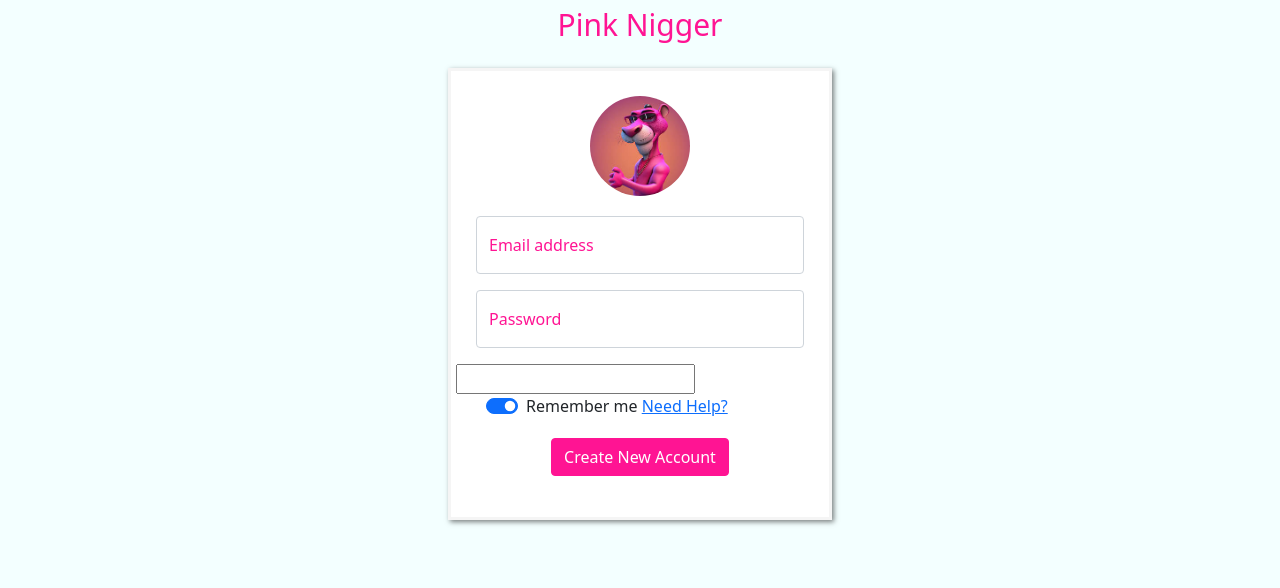
Repository: letscodeshivansh/MakeMyWork-MERN
Page: templates/Login.html
The author's editor kept a copy of each file at every save. The page is drawn from the files as they stood at one save, then again after the next save.
The browser window is 1280 px wide. The pictures show the whole page.

Above is the page before, as saved 2024-05-31 01:31:19.

### templates/Login.html
<!doctype html>
<html lang="en">
  <head>
    <meta charset="utf-8">
    <meta name="viewport" content="width=device-width, initial-scale=1">

    <link href="https://cdn.jsdelivr.net/npm/bootstrap@5.0.2/dist/css/bootstrap.min.css" rel="stylesheet" integrity="sha384-EVSTQN3/azprG1Anm3QDgpJLIm9Nao0Yz1ztcQTwFspd3yD65VohhpuuCOmLASjC" crossorigin="anonymous">

    <link href="style2.css" rel="stylesheet">

    <title>Login Page</title>
  </head>
  <body>
    <div class="heading">
      <h1>Pink Nigger</h1>
    </div>

    <div>
      <form action="/login" method = "post">
        <div class="image">
          <img src="download.jpeg" alt = "LOGO">
        </div>
        <div class="form-floating mb-3">
          <input type="email" class="form-control" name="floatingInput" placeholder="name@example.com">
          <label for="floatingInput">Email address</label>
        </div>
        <div class="form-floating mb-3">
          <input type="password" class="form-control" name="floatingPassword" placeholder="Password">
          <label for="floatingPassword">Password</label>
        </div>
        <input type="su"></input>
        <div class="form-check form-switch ml-30">
          <input class="form-check-input" type="checkbox" id="flexSwitchCheckChecked" checked>
          <label class="form-check-label" for="flexSwitchCheckChecked">Remember me <a href="#">Need Help?</a></label>
        </div>
        <div class="submit mb-3 td mt-20">
            <button type="button" class="btn btn-primary"><a href="signup.html">Create New Account</a></button>
        </div>

      </form>
    </div>


    <!-- <div class="container-fluid">
      <div class="row">
        In BOOTSTRAP , We need to put columns in row to make inner HTML align and display properly . -->
        <!-- <div class="col-3">col 1</div>
        <div class="col-3">col 2</div>
        <div class="col-3">col 3</div>
        <div class="col-3">col 4</div>
      </div>
    </div> -->


    <script src="https://cdn.jsdelivr.net/npm/@popperjs/core@2.9.2/dist/umd/popper.min.js" integrity="sha384-IQsoLXl5PILFhosVNubq5LC7Qb9DXgDA9i+tQ8Zj3iwWAwPtgFTxbJ8NT4GN1R8p" crossorigin="anonymous"></script>
    <script src="https://cdn.jsdelivr.net/npm/bootstrap@5.0.2/dist/js/bootstrap.min.js" integrity="sha384-cVKIPhGWiC2Al4u+LWgxfKTRIcfu0JTxR+EQDz/bgldoEyl4H0zUF0QKbrJ0EcQF" crossorigin="anonymous"></script>
  </body>
</html>

### templates/style2.css
body{
    background-color: rgba(240, 255, 255, 0.784);
}
.heading{
    text-align: center;
    padding-top: 10px;
    padding-bottom: 20px;
}
.heading h1{
    line-height: 30px;
    font-size: 30px;
    color: deeppink;
}
form{
    background-color: white;
    padding: 25px 5px;
    margin: auto;
    max-width: 30%;
    border: 3px solid whitesmoke;
    box-shadow: 2px 2px 5px rgba(0,0,0,0.5);
}
.image{
    display: flex;
    justify-content: center;
    margin-bottom: 20px;
}
.image img{
    border-radius: 50%;
    width: 100px;
    height: 100px;
}
.form-floating{
    margin-left: 20px;
    margin-right: 20px;
    color: deeppink;
}
.container-fluid{
    height: 80px;
    margin-top: 30px;
    background-color: blue;
}
.row{
    background-color: rgb(255, 0, 0);
    height: 70px;
}
[class*="col-"]{/*This is a attribute which applies to all classes that starts with "col-" */
    background-color: rgb(0, 255, 0);
    height: 50px;
    text-align: center;
}
.submit{
    display: flex;
    justify-content: center;
}
.btn-primary{
    background-color: deeppink;
    border-color:deeppink;
}
.btn-primary:active{
    background-color: deeppink;
}
.btn-primary:hover{
    background-color: deeppink;
    box-shadow: 2px 2px 5px rgba(0,0,0,1);
}
.ml-30{
    margin-left: 30px;
}
.mt-20{
    margin-top: 20px;
}
.td button a{
    text-decoration: none;
    color: white;
}

After the next save:
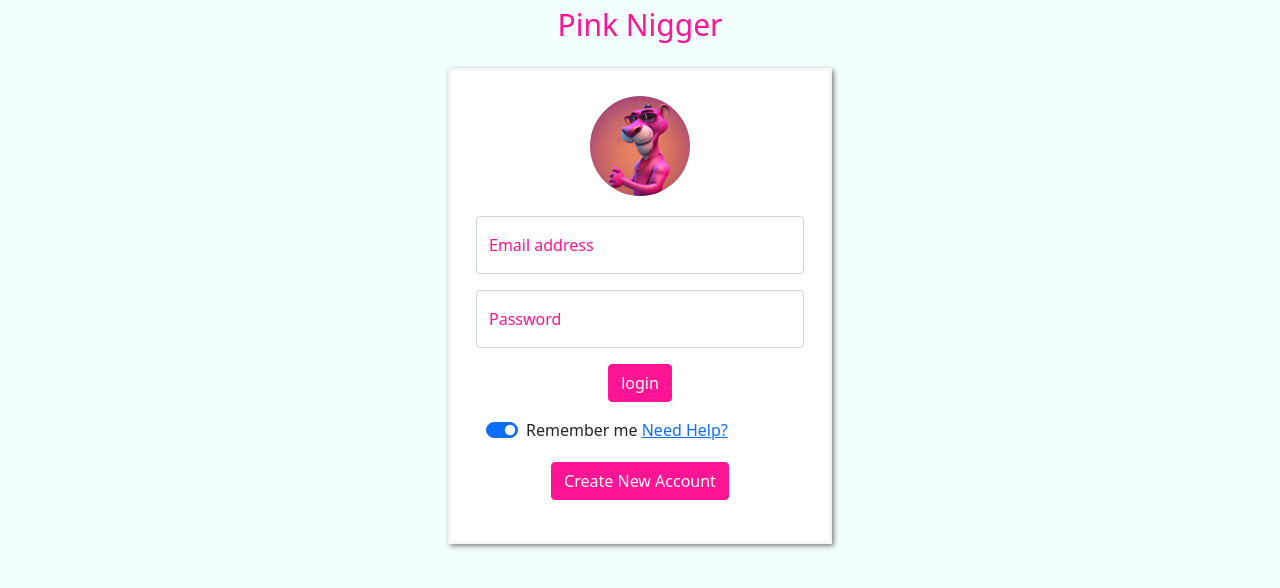
Saved 7 s later.
--- a/templates/Login.html
+++ b/templates/Login.html
@@ -28,15 +28,16 @@
           <input type="password" class="form-control" name="floatingPassword" placeholder="Password">
           <label for="floatingPassword">Password</label>
         </div>
-        <input type="su"></input>
+        <div class="submit mb-3">
+          <button type="button" class="btn btn-primary">login</button>
+        </div>
         <div class="form-check form-switch ml-30">
           <input class="form-check-input" type="checkbox" id="flexSwitchCheckChecked" checked>
           <label class="form-check-label" for="flexSwitchCheckChecked">Remember me <a href="#">Need Help?</a></label>
         </div>
         <div class="submit mb-3 td mt-20">
             <button type="button" class="btn btn-primary"><a href="signup.html">Create New Account</a></button>
-        </div>
-
+          </div>
       </form>
     </div>
 
